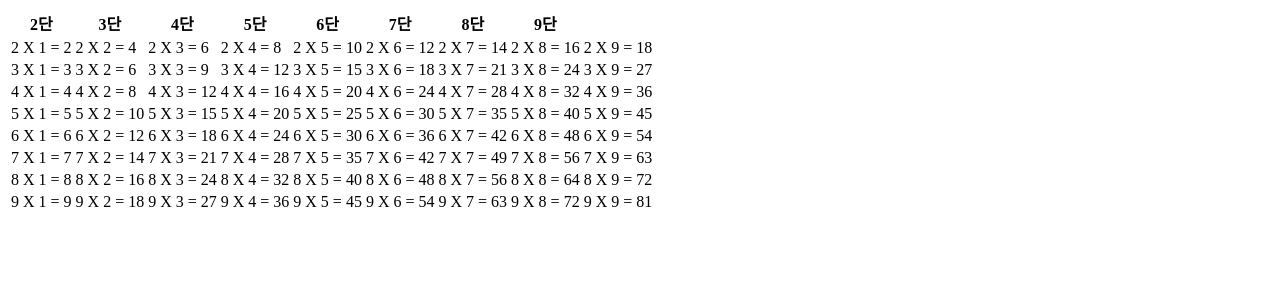
Repository: zodib0123/kdt_jsp
Page: http://localhost/MustHaveJSP/Mission/Gugudan1.jsp
An editor plug-in stored every save of this project. The page is shown before and after the next save, followed by the edit.
The browser window is 1280 px wide. The pictures show the whole page.
The page is served by Tomcat 10. Other server files are loaded and not shown.

Above is the page before, as saved 2025-09-22 08:10:53.

### MustHaveJSP/src/main/webapp/Mission/Gugudan1.jsp
<%@ page language="java" contentType="text/html; charset=UTF-8"
    pageEncoding="UTF-8"%>
<!DOCTYPE html>
<html>
<head>
<meta charset="UTF-8">
<title>Insert title here</title>
</head>
<body>
<%
// for (int i = 2; i < 10; i++) {
// 	out.println("<h1>" + i + "단 </h1>");
// 	for (int j = 1; j < 10; j++) {
// 		out.println("<p>" + i + " X " + j + " = " + j * i + "</p>");
// 	}
// }
%>
<%
// out.println("<table>");
// for (int i = 2; i < 10; i++) {
// 	out.println("<th>" + i + "단 </th>");
// 	for (int j = 1; j < 10; j++) {
// 		out.println("<tr><td>" + i + " X " + j + " = " + j * i + "</td></tr>");
// 	}
// }
// out.println("</table>");
%>
<table>
<%
for (int i = 2; i < 10; i++) {
	out.println("<th>" + i + "단 </th>");
}
for (int i = 2; i < 10; i++) {
	out.print("<tr>");
	for (int j = 1; j < 10; j++) {
		out.println("<td>" + i + " X " + j + " = " + j * i + "</td>");
	}
	out.print("</tr>");
}
%>
</table>
</body>
</html>

After the next save:
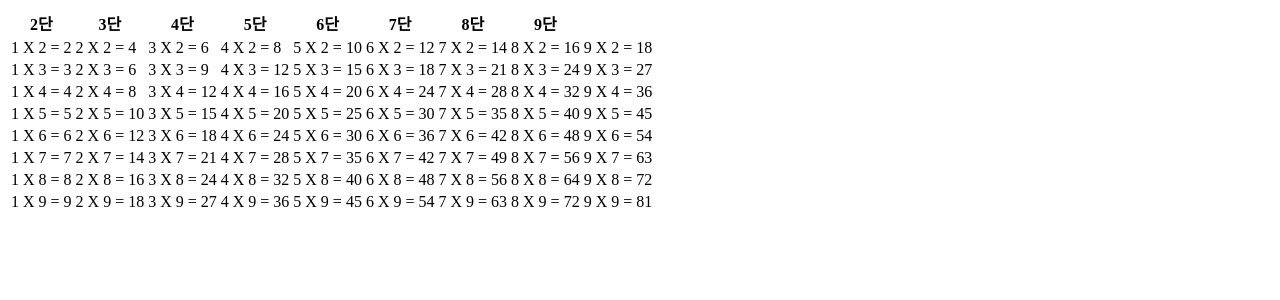
Saved 25 s later.
--- a/MustHaveJSP/src/main/webapp/Mission/Gugudan1.jsp
+++ b/MustHaveJSP/src/main/webapp/Mission/Gugudan1.jsp
@@ -33,7 +33,7 @@ for (int i = 2; i < 10; i++) {
 for (int i = 2; i < 10; i++) {
 	out.print("<tr>");
 	for (int j = 1; j < 10; j++) {
-		out.println("<td>" + i + " X " + j + " = " + j * i + "</td>");
+		out.println("<td>" + j + " X " + i + " = " + j * i + "</td>");
 	}
 	out.print("</tr>");
 }
